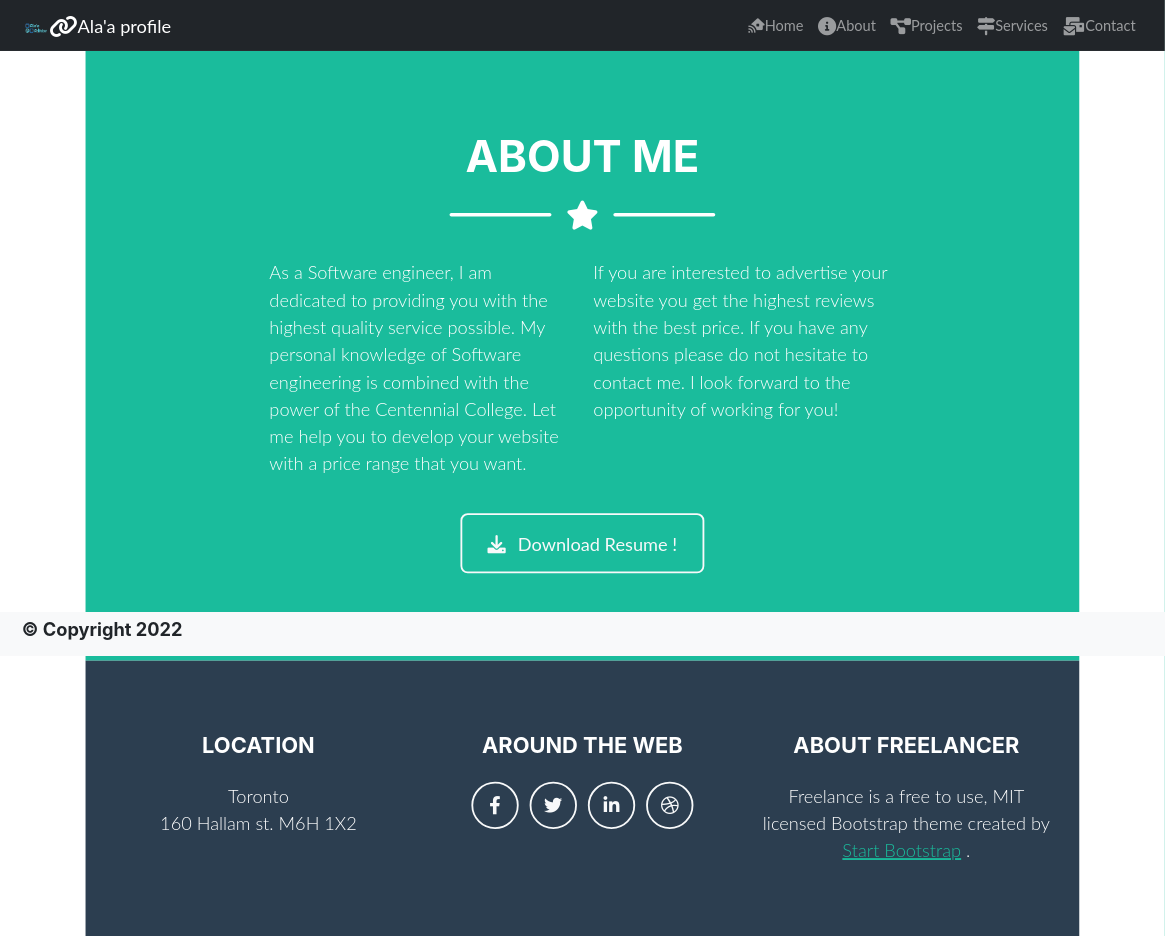
Repository: alaakhdour/heroukulivesite-section1
Page: http://localhost/about
An editor plug-in stored every save of this project. The page is shown before and after the next save, followed by the edit.
The browser window is 1280 px wide. The pictures show the whole page, at 91% of full size.
The page is served by the project's Node server (server.js).

Above is the page before, as saved 2022-06-17 08:54:20.

After the next save:
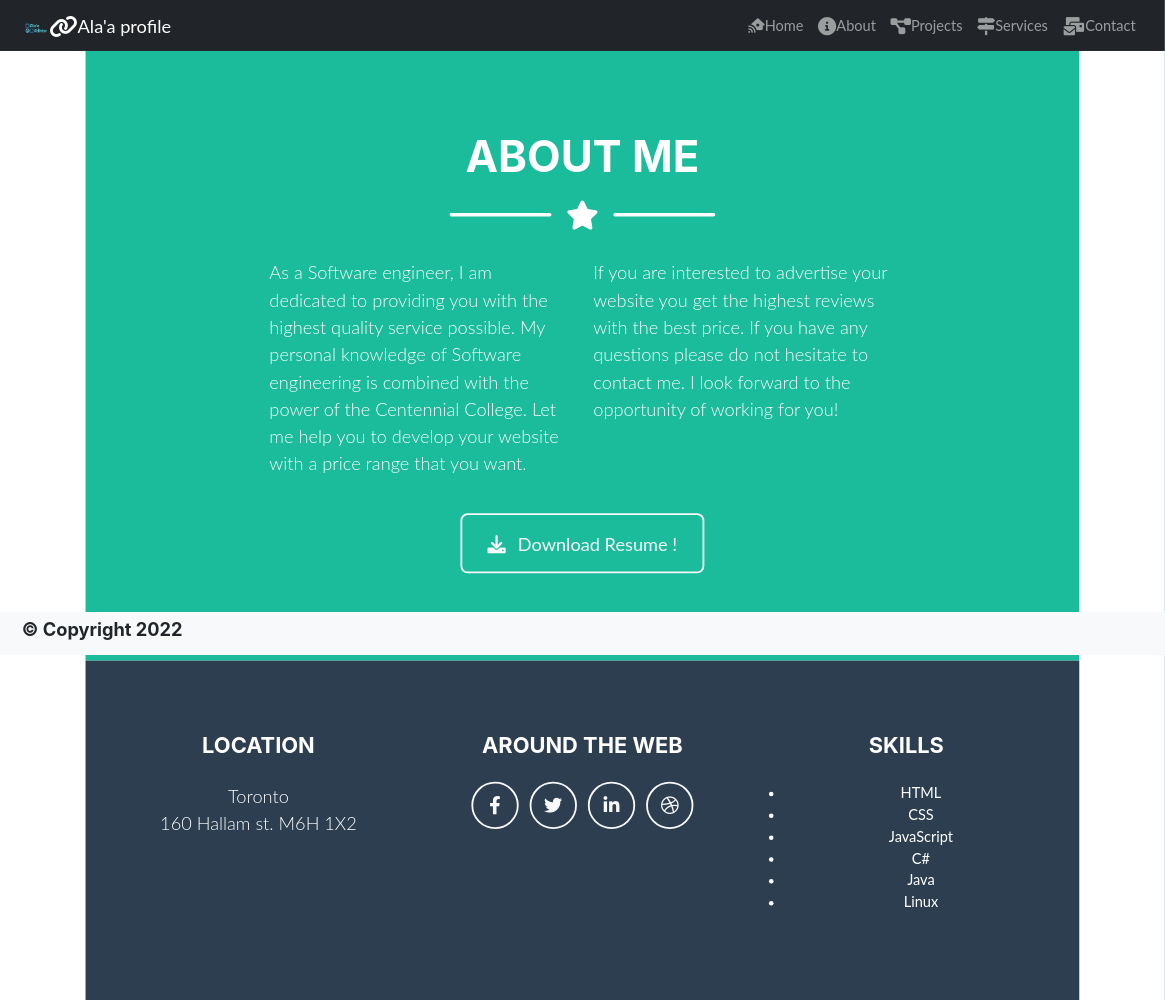
Saved 66 s later.
--- a/Server/Views/content/about.ejs
+++ b/Server/Views/content/about.ejs
@@ -50,11 +50,16 @@
                 </div>
                 <!-- Footer About Text-->
                 <div class="col-lg-4">
-                    <h4 class="text-uppercase mb-4">About Freelancer</h4>
+                    <h4 class="text-uppercase mb-4">Skills</h4>
                     <p class="lead mb-0">
-                        Freelance is a free to use, MIT licensed Bootstrap theme created by
-                        <a href="http://startbootstrap.com">Start Bootstrap</a>
-                        .
+                        <ul>
+                            <li>HTML</li>
+                            <li>CSS</li>
+                            <li>JavaScript</li>
+                            <li>C#</li>
+                            <li>Java</li>
+                            <li>Linux</li>
+                          </ul>
                     </p>
                 </div>
             </div>
